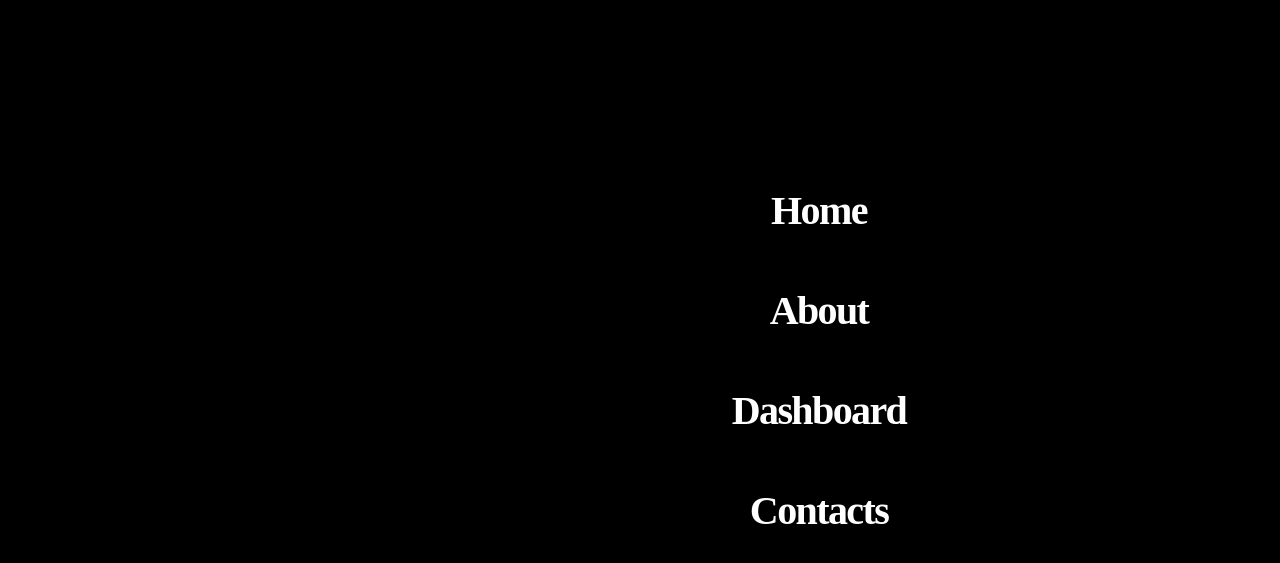
Repository: Rinzlerte/react-reveale-animation
Page: /menu
An editor plug-in stored every save of this project. The page is shown before and after the next save, followed by the edit.
The browser window is 1280 px wide. The pictures show the whole page.
The project was rebuilt for these pictures with package versions that can differ from the ones it lists, and the page was loaded fresh each time. Also part of the build but not shown: src/components/home/Featured.jsx, src/components/home/Header.jsx, src/components/ui/ArrowBtn.js, src/components/home/Home.jsx.

Above is the page before, as saved 2019-10-18 23:48:35.

### public/index.html
<!DOCTYPE html>
<html lang="en">
  <head>
    <meta charset="utf-8" />
    <link rel="icon" href="%PUBLIC_URL%/favicon.ico" />
    <meta name="viewport" content="width=device-width, initial-scale=1" />
    <meta name="theme-color" content="#000000" />
    <meta
      name="description"
      content="Web site created using create-react-app"
    />
    <link rel="apple-touch-icon" href="logo192.png" />
    <link rel="stylesheet" href="https://fonts.googleapis.com/css?family=Roboto:300,400,500,700&display=swap" />
    <!--
      manifest.json provides metadata used when your web app is installed on a
      user's mobile device or desktop. See https://developers.google.com/web/fundamentals/web-app-manifest/
    -->
    <link rel="manifest" href="%PUBLIC_URL%/manifest.json" />
    <!--
      Notice the use of %PUBLIC_URL% in the tags above.
      It will be replaced with the URL of the `public` folder during the build.
      Only files inside the `public` folder can be referenced from the HTML.

      Unlike "/favicon.ico" or "favicon.ico", "%PUBLIC_URL%/favicon.ico" will
      work correctly both with client-side routing and a non-root public URL.
      Learn how to configure a non-root public URL by running `npm run build`.
    -->
    <title>React App</title>
  </head>
  <body>
    <noscript>You need to enable JavaScript to run this app.</noscript>
    <div id="root"></div>
    <!--
      This HTML file is a template.
      If you open it directly in the browser, you will see an empty page.

      You can add webfonts, meta tags, or analytics to this file.
      The build step will place the bundled scripts into the <body> tag.

      To begin the development, run `npm start` or `yarn start`.
      To create a production bundle, use `npm run build` or `yarn build`.
    -->
  </body>
</html>

### src/App.js
import React, { Component } from 'react';
import Home from './components/home/Home';
import Navigation from './components/navigation/Navigation';

import { BrowserRouter, Route } from 'react-router-dom';


import './Resources/styles.css'

export default class App extends Component {
  render() {
    return (
      <BrowserRouter >
        <Route exact path="/" render={() => <Home />} />
        <Route path="/menu" render={() => <Navigation />}/>
      </BrowserRouter>
    )
  }
}

### src/components/navigation/Navigation.jsx
import React from 'react';
import List from '@material-ui/core/List';
import ListItem from '@material-ui/core/ListItem';
import ListItemText from '@material-ui/core/ListItemText';
import Divider from '@material-ui/core/Divider';

import './Navigation.css';
import {Link} from 'react-router-dom';

const Navigation = () =>  (
    <div className="menu"  style={{ height:`${window.innerHeight}px`}}>
        <List className="menu-box">
            <Link className="menu-box-link" to="/">Home</Link>
            <Link className="menu-box-link" to="/about">About</Link>
            <Link className="menu-box-link" to="/proects">Dashboard</Link>
            <Link className="menu-box-link" to="/contacts">Contacts</Link>
        </List>
    </div>
);

export default Navigation;

### src/Resources/styles.css
body {
  margin: 0;
  font-family: -apple-system, BlinkMacSystemFont, "Segoe UI", "Roboto", "Oxygen",
    "Ubuntu", "Cantarell", "Fira Sans", "Droid Sans", "Helvetica Neue",
    sans-serif;
  -webkit-font-smoothing: antialiased;
  -moz-osx-font-smoothing: grayscale;
  padding: 0;
  box-sizing: border-box;
  font-family: "Roboto", sans-serif;
}

code {
  font-family: source-code-pro, Menlo, Monaco, Consolas, "Courier New",
    monospace;
}

.home{
  width: 100%;
}

.header_logo{
  color: white;
  font-size: 28px;
}

.home{
  display: flex;
  justify-content: space-between;
  align-items: center;
  flex-direction: column;
}
.footer{
  bottom: 0;
  position: absolute;
  display: block;
  width: 100%;
  height: 80px;
  z-index: 99;
  display: flex;
  align-items: center;
  justify-content: space-around;
}

.myarrow{
  background-size: cover !important;
  display: block;
}

### src/components/navigation/Navigation.css
.menu{
    width: 100%;
    display: flex;
    justify-content: space-around;
    flex-direction: column;
    align-items: center;
    background-color: #000000;
}

.menu-box{
    pointer-events: none;
    opacity: 1;
    width: 550px;
    /* transform: matrix(1.1, 0, 0, 1.1, 341, 228); */
    height: 400px;
    display: flex;
    justify-content: space-around;
    flex-direction: column;
    align-content: center;
}

.menu-box-link{
    display: block;
    text-decoration: none;
    text-align: center;
    letter-spacing: -0.04em;
    transform-origin: center center 0px;
    will-change: transform;
    cursor: pointer;
    color: #ffffff;
    font-size: 40px;
    font-weight: 700;
    font-family: GothamHTF;
    text-align: center;
    transform: translate3d(179px, 0px, 0px);
    visibility: inherit;
    opacity: 1;
    pointer-events: auto;
}
.menu-box-link:hover{
    opacity: 0.6;
    transform: translate3d(179px, 0px, 0px) scale(1.05, 1.05);
}

Loaded but not shown: src/index.js (common file)

After the next save:
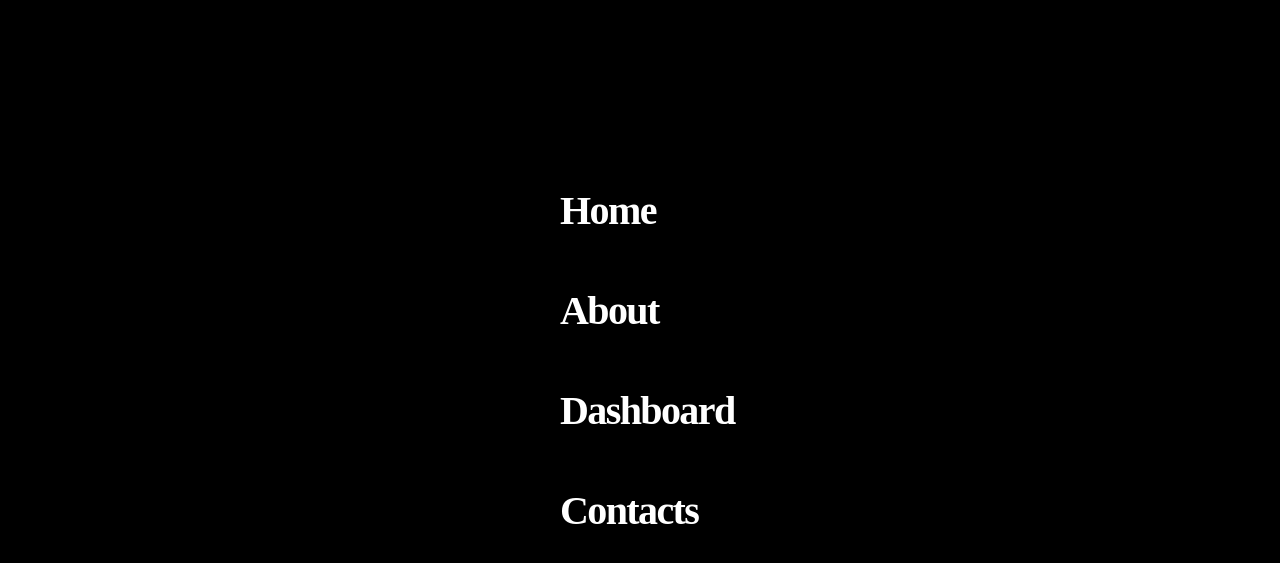
Saved 51 s later.
--- a/src/components/navigation/Navigation.jsx
+++ b/src/components/navigation/Navigation.jsx
@@ -10,10 +10,10 @@ import {Link} from 'react-router-dom';
 const Navigation = () =>  (
     <div className="menu"  style={{ height:`${window.innerHeight}px`}}>
         <List className="menu-box">
-            <Link className="menu-box-link" to="/">Home</Link>
-            <Link className="menu-box-link" to="/about">About</Link>
-            <Link className="menu-box-link" to="/proects">Dashboard</Link>
-            <Link className="menu-box-link" to="/contacts">Contacts</Link>
+            <ListItem><Link className="menu-box-link" to="/">Home</Link></ListItem>
+            <ListItem><Link className="menu-box-link" to="/about">About</Link></ListItem>
+            <ListItem><Link className="menu-box-link" to="/proects">Dashboard</Link></ListItem>
+            <ListItem><Link className="menu-box-link" to="/contacts">Contacts</Link></ListItem>
         </List>
     </div>
 );
